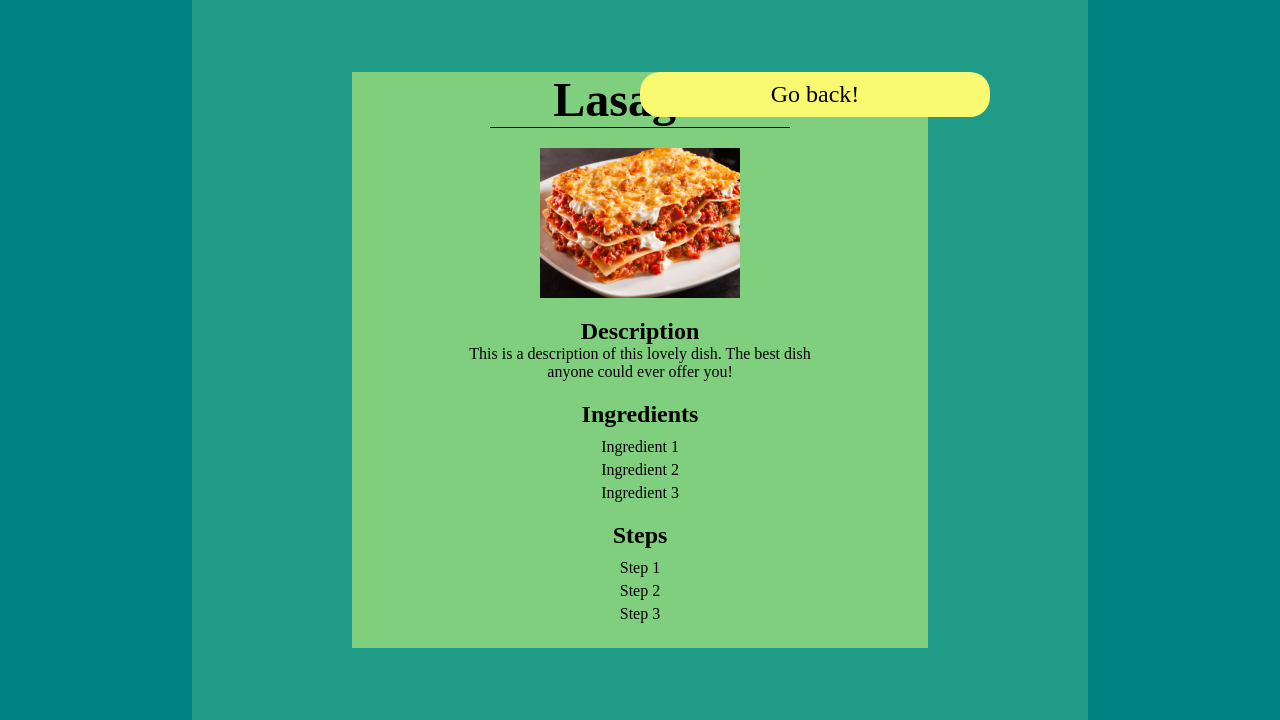
Repository: Pafestivo/odin-recipes
Page: recipes/lasagna.html
An editor plug-in stored every save of this project. The page is shown before and after a run of saves, followed by the edit.
The browser window is 1280 px wide. The pictures show the whole page.

Above is the page before, as saved 2022-09-24 13:03:10.

After the next 2 saves:
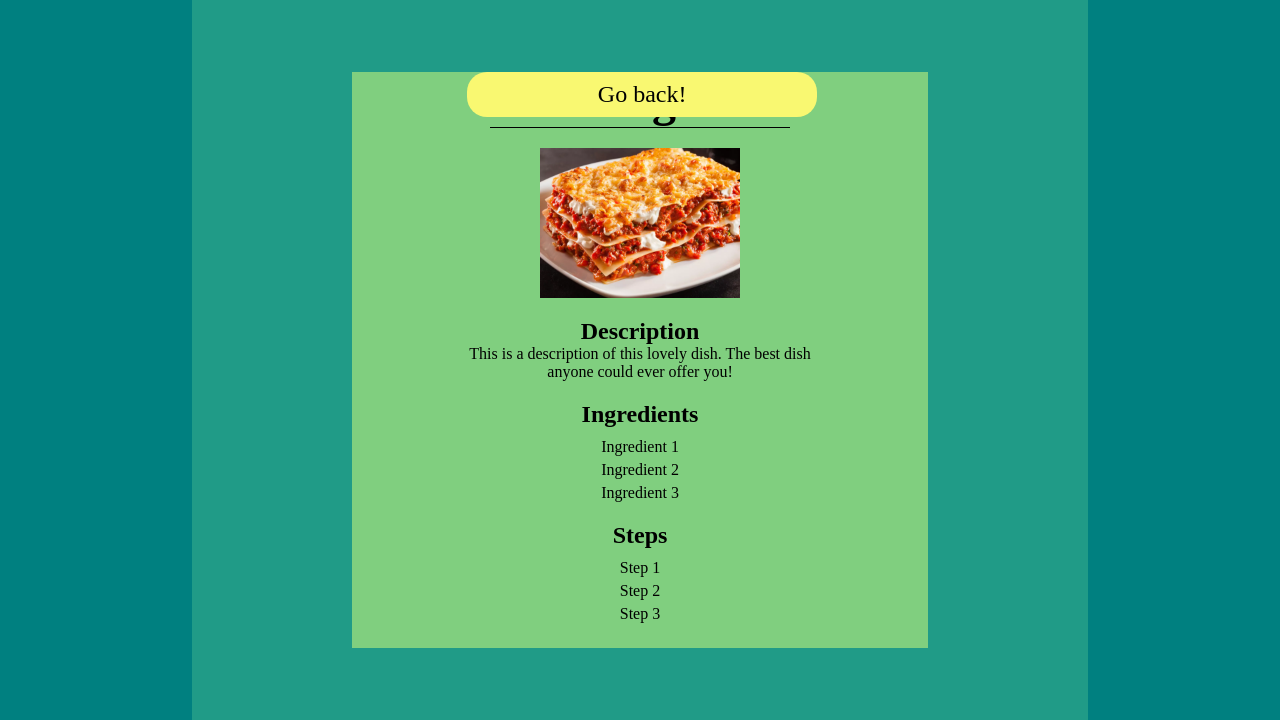
The 2 saves are shown as one change because they came seconds apart.
The last was saved 7 s later.
--- a/css/recipe-styles.css
+++ b/css/recipe-styles.css
@@ -68,7 +68,7 @@ li {
 a {
   position: absolute;
   top: 0;
-  left: 50%;
+  left: 20%;
   display: flex;
   justify-content: center;
   align-items: center;
